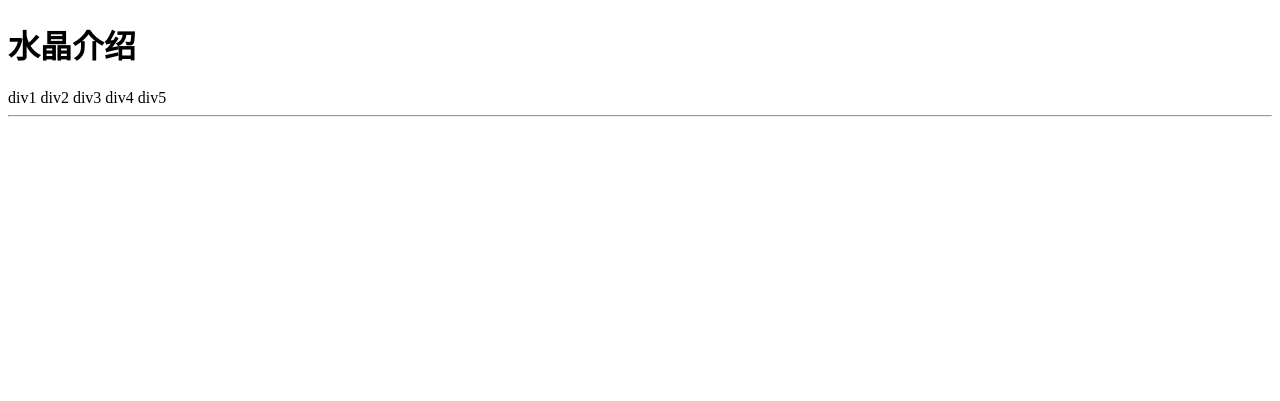
Repository: kirtonew/Compeititon2022-1
Page: node/新媒体设计/1.2/test2.html
These files come from the project's save history. The page is drawn as it stood at one moment and after the next save; the edit follows.
The browser window is 1280 px wide. The pictures show the whole page.

Above is the page before, as saved 2022-09-05 14:47:02.

### node/新媒体设计/1.2/test2.html
<!DOCTYPE html>
<html >
<head>
    <link href="1.css" rel="stylesheet" type="text/css"/>
</head>
<body>
    <h1>水晶介绍</h1>
    <div id="wrap">
        <div id="div1">div1</div>
        <div id="div2">div2</div>
        <div id="div3">div3</div>
        <div id="div4">div4</div>
        <div id="div5">div5</div>
    </div>
<hr></hr>
     <div>

     </div>
     <div>

     </div>
</body>
</html>

### node/新媒体设计/1.2/1.css
#div1, #div2, #div3,#div4,#div5,#div6{
    display: inline-block;
}

After the next save:
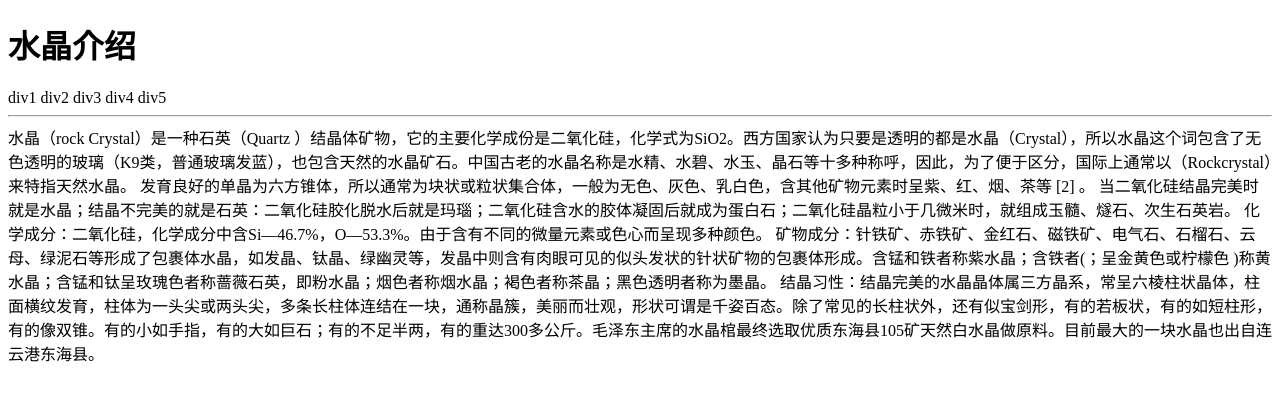
Saved 44 s later.
--- a/node/新媒体设计/1.2/test2.html
+++ b/node/新媒体设计/1.2/test2.html
@@ -17,7 +17,11 @@
 
      </div>
      <div>
-
+        水晶（rock Crystal）是一种石英（Quartz ）结晶体矿物，它的主要化学成份是二氧化硅，化学式为SiO2。西方国家认为只要是透明的都是水晶（Crystal），所以水晶这个词包含了无色透明的玻璃（K9类，普通玻璃发蓝），也包含天然的水晶矿石。中国古老的水晶名称是水精、水碧、水玉、晶石等十多种称呼，因此，为了便于区分，国际上通常以（Rockcrystal）来特指天然水晶。 发育良好的单晶为六方锥体，所以通常为块状或粒状集合体，一般为无色、灰色、乳白色，含其他矿物元素时呈紫、红、烟、茶等 [2]  。
+当二氧化硅结晶完美时就是水晶；结晶不完美的就是石英：二氧化硅胶化脱水后就是玛瑙；二氧化硅含水的胶体凝固后就成为蛋白石；二氧化硅晶粒小于几微米时，就组成玉髓、燧石、次生石英岩。
+化学成分：二氧化硅，化学成分中含Si—46.7%，O—53.3%。由于含有不同的微量元素或色心而呈现多种颜色。
+矿物成分：针铁矿、赤铁矿、金红石、磁铁矿、电气石、石榴石、云母、绿泥石等形成了包裹体水晶，如发晶、钛晶、绿幽灵等，发晶中则含有肉眼可见的似头发状的针状矿物的包裹体形成。含锰和铁者称紫水晶；含铁者(；呈金黄色或柠檬色 )称黄水晶；含锰和钛呈玫瑰色者称蔷薇石英，即粉水晶；烟色者称烟水晶；褐色者称茶晶；黑色透明者称为墨晶。
+结晶习性：结晶完美的水晶晶体属三方晶系，常呈六棱柱状晶体，柱面横纹发育，柱体为一头尖或两头尖，多条长柱体连结在一块，通称晶簇，美丽而壮观，形状可谓是千姿百态。除了常见的长柱状外，还有似宝剑形，有的若板状，有的如短柱形，有的像双锥。有的小如手指，有的大如巨石；有的不足半两，有的重达300多公斤。毛泽东主席的水晶棺最终选取优质东海县105矿天然白水晶做原料。目前最大的一块水晶也出自连云港东海县。
      </div>
 </body>
 </html>
